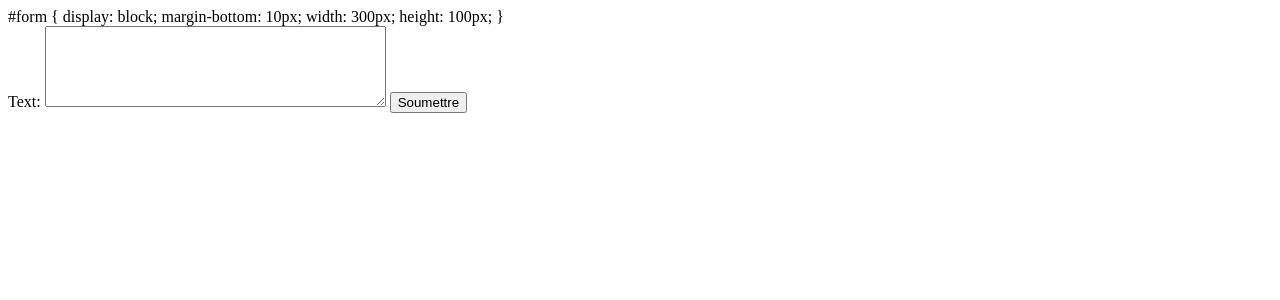
Repository: Dispasim/API2
Page: http://localhost/
An editor plug-in stored every save of this project. The page is shown before and after the next save, followed by the edit.
The browser window is 1280 px wide. The pictures show the whole page.
The page is served by the project's application, run on Django 4.2 (manage.py).

Above is the page before, as saved 2023-11-15 02:22:13.

After the next save:
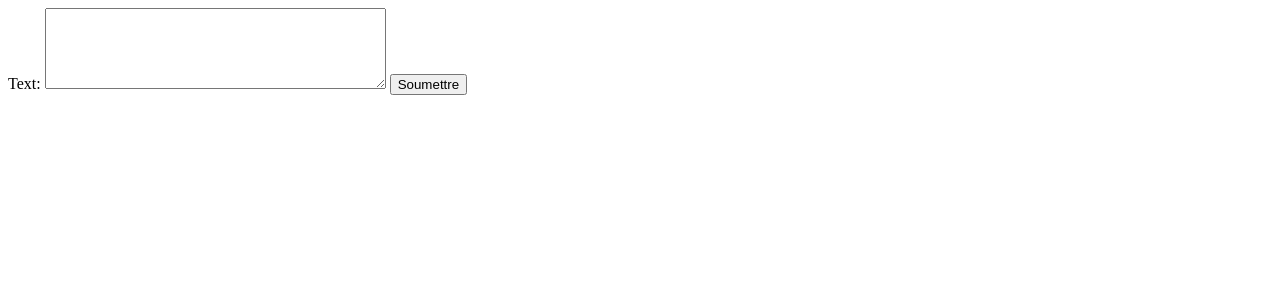
Saved 2 min 45 s later.
--- a/templates/projet/index.html
+++ b/templates/projet/index.html
@@ -1,12 +1,28 @@
-#form {
-    display: block;
-    margin-bottom: 10px;
-    width: 300px;
-    height: 100px;
-}
 
-<form action="/create_subtrade/" method = 'post'>
-    {% csrf_token %}
-    {{ form }}
-    <input type="submit" value="Soumettre"></input>
-</form>
+
+
+
+<!DOCTYPE html>
+<html>
+<head>
+    <title>Boîtes de Dialogue</title>
+    <style>
+        /* Style pour que les textarea apparaissent les unes en dessous des autres */
+        #boites-container {
+            display: block;
+            margin-bottom: 10px;
+            width: 300px;
+            height: 100px;
+        }
+    </style>
+</head>
+<body>
+    <form action="/create_subtrade/" method = 'post'>
+        {% csrf_token %}
+        {{ form }}
+        <input type="submit" value="Soumettre"></input>
+    </form>
+
+
+</body>
+</html>
